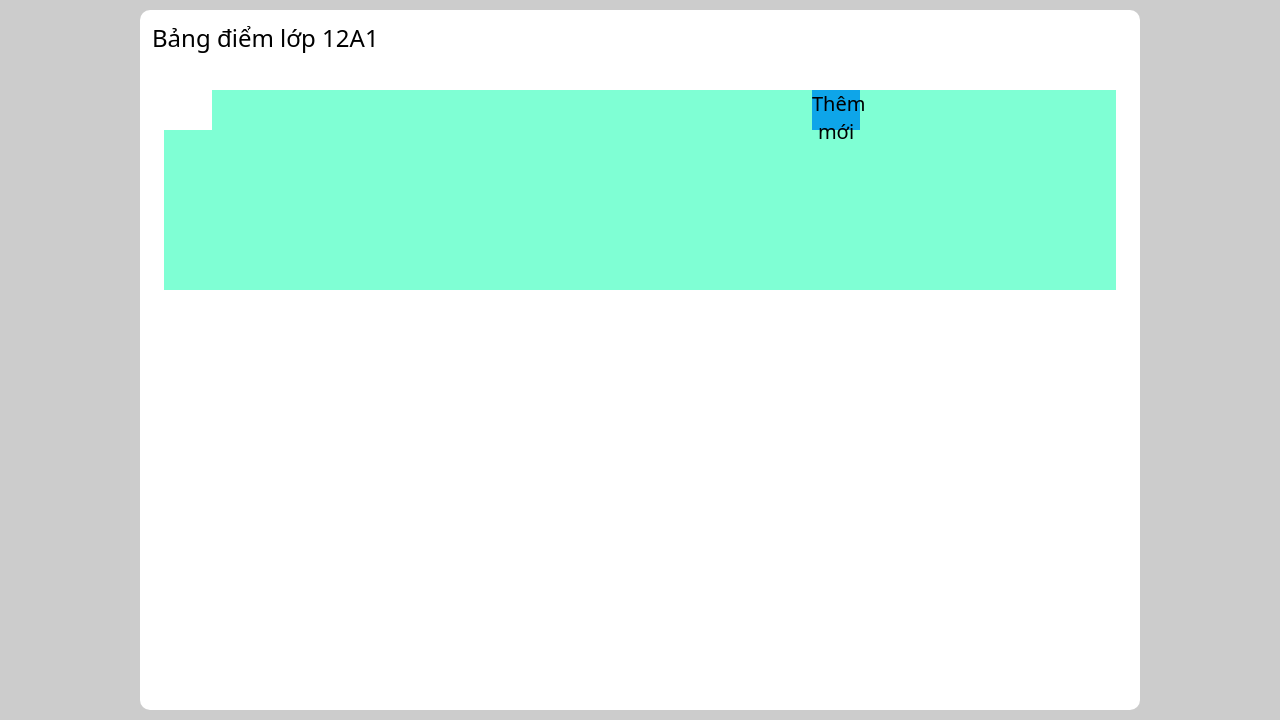
Repository: doducthuan/ReactJS-Movie
Page: /
These files come from the project's save history. The page is drawn as it stood at one moment and after the next save; the edit follows.
The browser window is 1280 px wide. The pictures show the whole page.
The project was rebuilt for these pictures with package versions that can differ from the ones it lists, and the page was loaded fresh each time. Also part of the build but not shown: src/App.css.

Above is the page before, as saved 2024-01-13 05:57:42.

After the next save:
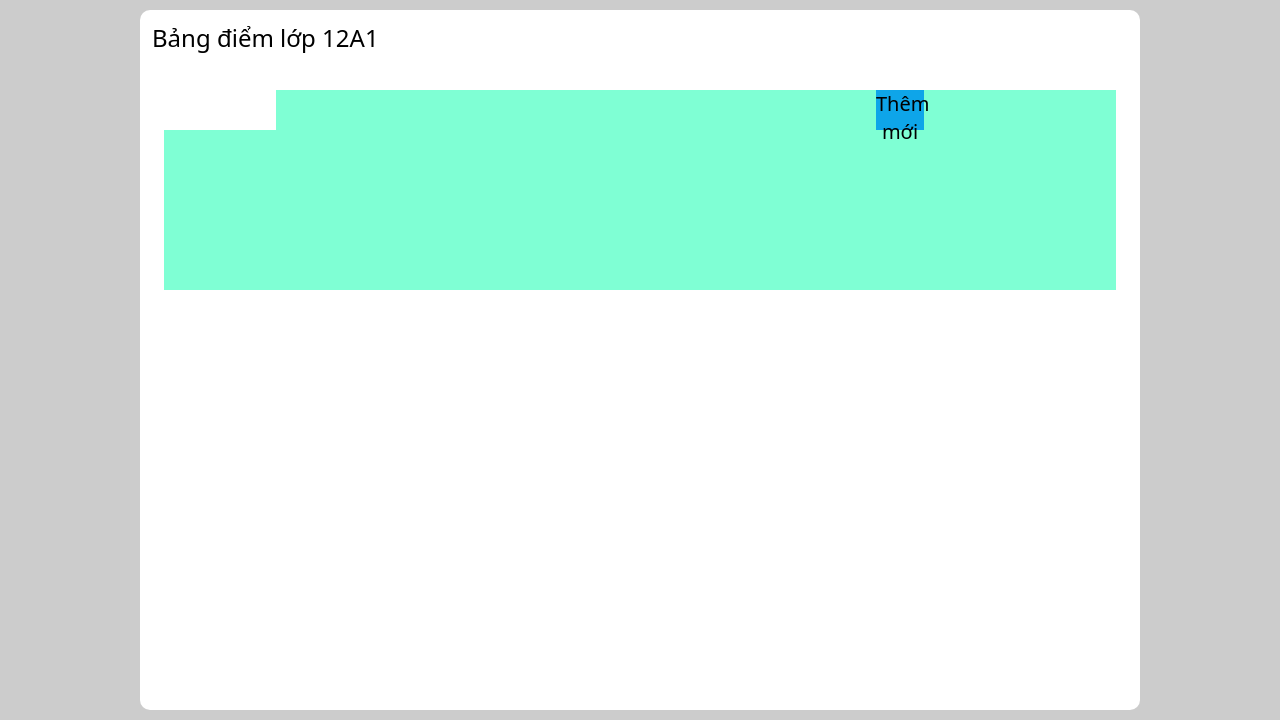
Saved 26 s later.
--- a/src/components/students/Students.js
+++ b/src/components/students/Students.js
@@ -6,7 +6,7 @@ const Students = () => {
             <div className="border-data">
                 <p className="font-sans text-2xl ml-3 mt-3">Bảng điểm lớp 12A1</p>
                 <div className="search-add mt-9 ml-6 mr-6 flex">
-                    <input className="search-all w-12 h-10"/>
+                    <input className="search-all w-28 h-10"/>
                     <button className="font-sans text-xl bg-sky-500 w-12 h-10">Thêm mới</button>
                 </div>
             </div>
